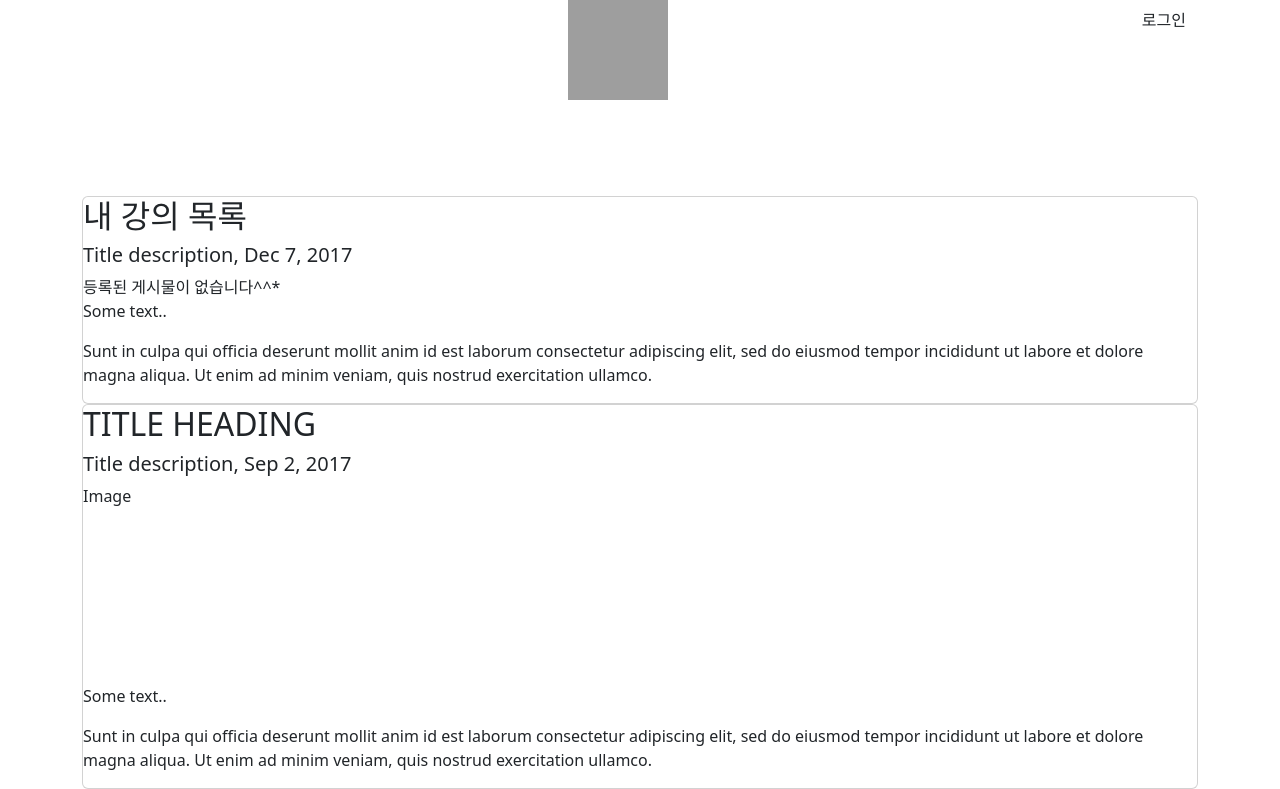
Repository: seonminpark100/CodeCampus
Page: http://localhost/LMSProject/WEB-INF/views/prof/prof.jsp
The author's editor kept a copy of each file at every save. The page is drawn from the files as they stood at one save, then again after the next save.
The browser window is 1280 px wide. The pictures show the whole page.
Pictures or frames that could not be fetched are drawn as grey boxes. The page is served by Tomcat 10. Nobody is signed in. Other server files are loaded and not shown. The template is opened directly, without the code that normally fills it, so the values that code supplies are empty.

Above is the page before, as saved 2025-07-11 06:07:39.

### LMSProject/src/main/webapp/WEB-INF/views/prof/prof.jsp
<%@ page language="java" contentType="text/html; charset=UTF-8"
    pageEncoding="UTF-8"%>
<%@ taglib uri="http://www.springframework.org/security/tags" prefix="s" %>
<!DOCTYPE html>
<html>
	<head>
		<meta http-equiv="Content-Type" content="text/html; charset=UTF-8" />
		<title>OO대학교 eCampus</title>
		<style type="text/css">
		.bl-left { position:relative; float:left; width:50%; height:300px; display: flex; justify-content: center; align-items: center; }
		.bl-right{ position:relative; float:right; width:50%; height:300px; display: flex; justify-content: center; align-items: center; }
		</style>
	</head>

	<body>
	<div class="container">
	<%@ include file = "top.jsp" %>
	<div class="row">
	  <div class="leftcolumn">
	    <div class="card">
	      <h2>내 강의 목록</h2>
	      <h5>Title description, Dec 7, 2017</h5>
	      <c:choose>
		  	<c:when test="${ empty lists }">
		        <tr>
		            <td colspan="5" align="center">
		                등록된 게시물이 없습니다^^*
		            </td>
		        </tr>
		    </c:when>
		    <c:otherwise>
		        <c:forEach items="${ lists }" var="row" varStatus="loop">
		            <p><a href="./submain.do?lectureCode=${row.lecture_code}">${ row.lecture_name }</a></p><br/>
		        </c:forEach>
		    </c:otherwise>
		  </c:choose>

	      <p>Some text..</p>
	      <p>Sunt in culpa qui officia deserunt mollit anim id est laborum consectetur adipiscing elit, sed do eiusmod tempor incididunt ut labore et dolore magna aliqua. Ut enim ad minim veniam, quis nostrud exercitation ullamco.</p>
	    </div>
	    <div class="card">
	      <h2>TITLE HEADING</h2>
	      <h5>Title description, Sep 2, 2017</h5>
	      <div class="fakeimg" style="height:200px;">Image</div>
	      <p>Some text..</p>
	      <p>Sunt in culpa qui officia deserunt mollit anim id est laborum consectetur adipiscing elit, sed do eiusmod tempor incididunt ut labore et dolore magna aliqua. Ut enim ad minim veniam, quis nostrud exercitation ullamco.</p>
	    </div>
	  </div>



  </div>
</div>


<%-- 		<div class="container">
				<div class="bl-left">
				    <span class="bluelight">
				        <h2>강의목록</h2>
				        <c:choose>
					    <c:when test="${ empty lists }">
					        <tr>
					            <td colspan="5" align="center">
					                등록된 게시물이 없습니다^^*
					            </td>
					        </tr>
					    </c:when>
					    <c:otherwise>
					        <c:forEach items="${ lists }" var="row" varStatus="loop">
					            <p><a href="./submain.do?lectureCode=${row.lecture_code}">${ row.lecture_name }</a></p><br/>
					        </c:forEach>
					    </c:otherwise>
					</c:choose>
				    </span>
				</div>
			</div>
		</div> --%>

	</body>
</html>

### LMSProject/src/main/webapp/WEB-INF/views/prof/top.jsp
<%@ page language="java" contentType="text/html; charset=UTF-8"
    pageEncoding="UTF-8"%>
<%@ taglib prefix="sec" uri="http://www.springframework.org/security/tags" %>
<%@ taglib prefix="c" uri="http://java.sun.com/jsp/jstl/core"%>

<sec:authorize access="isAuthenticated()">
	<sec:authentication property="principal" var="principal"/>
</sec:authorize>
<!-- CDN 방식: Bootstrap, jQuery -->
<script src="https://ajax.googleapis.com/ajax/libs/jquery/3.7.1/jquery.min.js"></script>
<link href="https://cdn.jsdelivr.net/npm/bootstrap@5.3.6/dist/css/bootstrap.min.css" rel="stylesheet">
<script src="https://cdn.jsdelivr.net/npm/bootstrap@5.3.6/dist/js/bootstrap.bundle.min.js"></script>

<style>
 .img-concert {
   width: 100px;
   height: 100px;
 }

 .login {
 	float: right;
 }
</style>

<div class="container" align="center">
	<div class="login">
		<c:choose>
		    <c:when test="${empty principal}">
		        <ul class="navbar-nav">
		            <li class="nav-item"><a class="nav-link" href="/myLogin.do">로그인</a></li>
		        </ul>
		    </c:when>
		    <c:otherwise>
		        <ul class="navbar-nav">
			        <li class="nav-item"><a class="nav-link" href="/prof/mypage.do">마이페이지</a></li>
		        </ul>
		        <ul class="navbar-nav">
		            <li class="nav-item"><a class="nav-link" href="/myLogout.do">로그아웃</a></li>
		        </ul>
		         <ul class="navbar-nav">
			        <li class="nav-item"><a class="nav-link" href="/prof/index.do">내 강의실</a></li>
		        </ul>
		    </c:otherwise>
	    </c:choose>
	</div>
	<a href="/prof/index.do">
	 	<img class="img-concert" src="../images/logo.jpeg" />
	</a>
	<br/><br/>

	<br/><br/><br/>
</div>

After the next save:
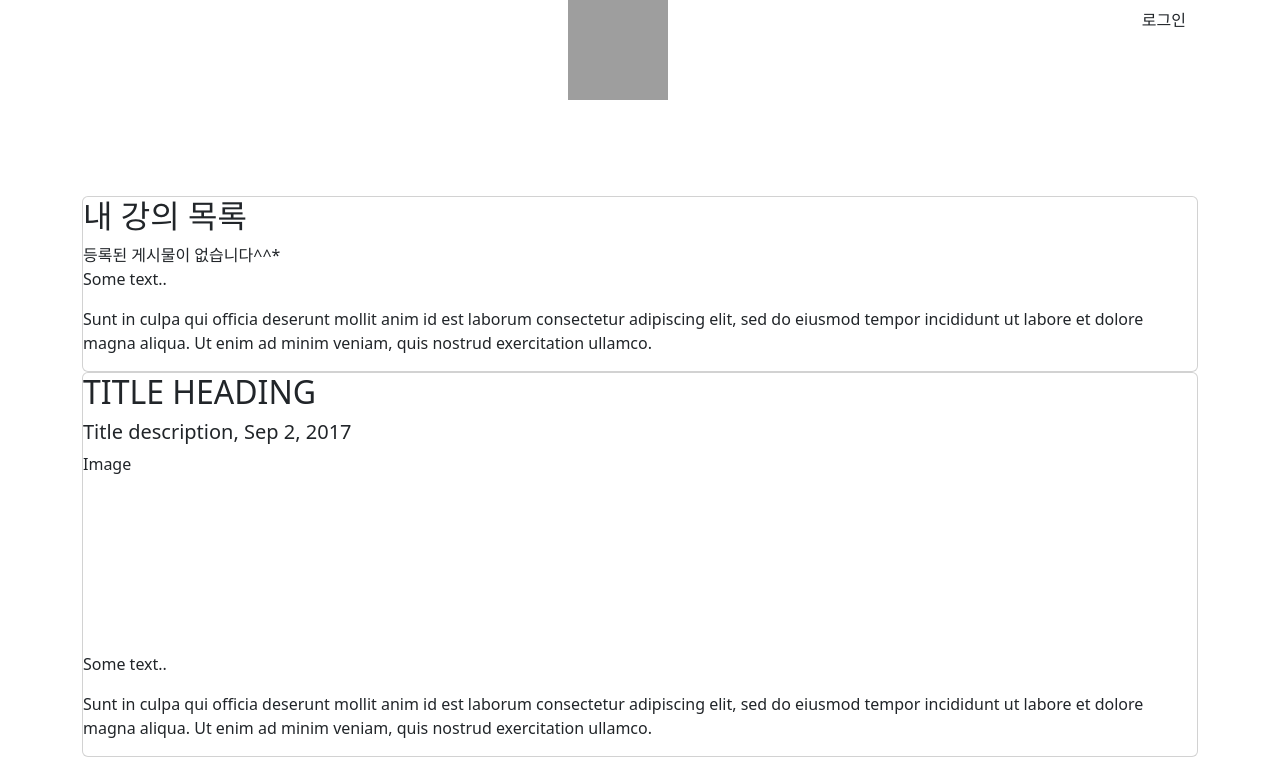
Saved 9 s later.
--- a/LMSProject/src/main/webapp/WEB-INF/views/prof/prof.jsp
+++ b/LMSProject/src/main/webapp/WEB-INF/views/prof/prof.jsp
@@ -19,7 +19,6 @@
 	  <div class="leftcolumn">
 	    <div class="card">
 	      <h2>내 강의 목록</h2>
-	      <h5>Title description, Dec 7, 2017</h5>
 	      <c:choose>
 		  	<c:when test="${ empty lists }">
 		        <tr>
